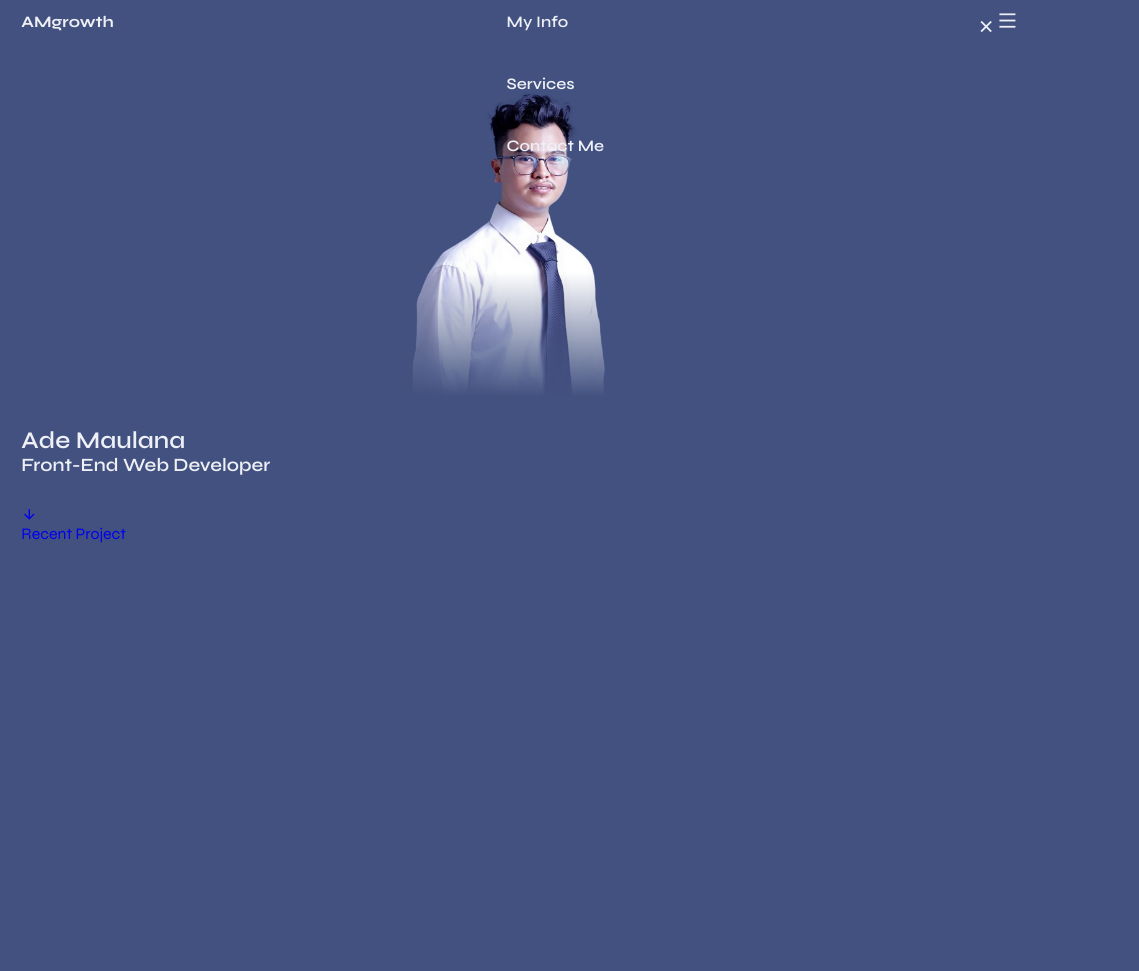
Repository: Ademaulana100499/portofolio
Page: index.html
An editor plug-in stored every save of this project. The page is shown before and after the next save, followed by the edit.
The browser window is 1280 px wide. The pictures show the whole page, at 89% of full size.
Some web fonts or font styles are not loaded; a fallback is used.

Above is the page before, as saved 2024-11-28 17:00:44.

### index.html
<!DOCTYPE html>
<html lang="en">
  <head>
    <meta charset="UTF-8" />
    <meta name="viewport" content="width=device-width, initial-scale=1.0" />
    <title>AMgrowth</title>
    <link rel="shortcut icon" href="assets/img/Favicon.png" />
    <link
      href="https://cdn.jsdelivr.net/npm/remixicon/fonts/remixicon.css"
      rel="stylesheet"
    />
    <link rel="stylesheet" href="assets/css/style.css" />
  </head>
  <body>
    <!-- HEADER -->
    <header class="header" id="header">
      <nav class="nav container">
        <a href="#" class="nav__logo">AMgrowth</a>
        <div class="nav__menu" id="nav-menu">
          <ul class="nav__list">
            <li>
              <a href="#home" class="nav__link">Home</a>
            </li>
            <li>
              <a href="#project" class="nav__link">Project</a>
            </li>
            <li>
              <a href="#info" class="nav__link">My Info</a>
            </li>
            <li>
              <a href="#services" class="nav__link">Services</a>
            </li>
            <li>
              <a href="#contact" class="nav__link">Contact Me</a>
            </li>
          </ul>
          <!-- Close Button -->
          <div class="nav__close" id="nav-close">
            <i class="ri-close-line"></i>
          </div>
        </div>

        <!-- Toggle Button -->
        <div class="nav__toggle" id="nav-toggle">
          <i class="ri-menu-line"></i>
        </div>
      </nav>
    </header>

    <!-- MAIN -->
    <main class="main" id="main">
      <!-- HOME -->
      <section class="home section" id="home">
        <div class="home__container container grid">
          <img src="assets/img/Photo.png" alt="image" class="home__img" />
          <div class="home__data">
            <h1>Ade Maulana</h1>
            <h3>Front-End Web Developer</h3>
          </div>
          <a href="#project" class="home__scroll">
            <div class="home__scroll-box">
              <i class="ri-arrow-down-line"></i>
            </div>
            <span class="home__scroll-text">Recent Project</span>
          </a>
        </div>
      </section>
      <!-- PROJECT -->
      <section class="project section" id="project"></section>
      <!-- INFO -->
      <section class="info section" id="info"></section>
      <!-- SERVICES -->
      <section class="services section" id="services"></section>
      <!-- CONTACT -->
      <section class="contact section" id="contact"></section>
    </main>

    <!-- FOOTER -->
    <footer class="footer" id="footer"></footer>
    <!-- SCROLL UP -->
    <!-- SCROLLREVEAL -->
    <script src=""></script>
    <!-- EMAIL JS -->
    <script src=""></script>
    <!-- MAIN JS -->
    <script src="assets/js/main.js"></script>
  </body>
</html>

### assets/css/style.css
@import url("https://fonts.googleapis.com/css2?family=Kite+One&family=Oooh+Baby&family=Orelega+One&family=Poppins:ital,wght@0,100;0,200;0,300;0,400;0,500;0,600;0,700;0,800;0,900;1,100;1,200;1,300;1,400;1,500;1,600;1,700;1,800;1,900&family=Syne:wght@400..800&display=swap");

/* VARIABLE CSS */
:root {
  --header-height: 3rem;

  /* Colors */
  --hue: 230;
  --first-color: hsl(var(--hue), 55%, 55%);
  --first-color-light: hsl(var(--hue), 55%, 65%);
  --first-color-alt: hsl(var(--hue), 50%, 50%);
  --title-color: hsl(var(--hue), 30%, 95%);
  --text-color: hsl(var(--hue), 20%, 80%);
  --text-color-light: hsl(var(--hue), 20%, 70%);
  --body-color: hsl(225, 32%, 38%);
  --container-color: hsl(var(--hue), 40%, 20%);

  /* Font and typography */
  --body-font: "Syne", sans-serif;
  --biggest-font-size: 3rem;
  --h1-font-size: 1.5rem;
  --h2-font-size: 1.25rem;
  --h3-font-size: 1rem;
  --normal-font-size: 0.938rem;
  --small-font-size: 0.813rem;

  /* Font weight */
  --font-regular: 400;
  --font-semi-bold: 600;
  --font-bold: 700;

  /* z index */
  --z-tooltip: 10;
  --z-fixed: 100;
}
/* Responsive typography */
@media screen and (min-width: 1150px) {
  :root {
    --biggest-font-size: 5.5rem;
    --big-font-size: 2.75rem;
    --h1-font-size: 2.25rem;
    --h2-font-size: 1.5rem;
    --h3-font-size: 1.25rem;
    --normal-font-size: 1.125rem;
    --small-font-size: 0.875rem;
  }
}

/* BASE */
* {
  margin: 0;
  padding: 0;
  box-sizing: border-box;
}

html {
  scroll-behavior: smooth;
}

body,
input,
textarea,
button {
  font-family: var(--body-font);
  font-size: var(--normal-font-size);
}

body {
  background-color: var(--body-color);
  color: var(--text-color);
}
input,
button,
textarea {
  outline: none;
  border: none;
}

h1,
h2,
h3 {
  color: var(--title-color);
  font-weight: var(--font-semi-bold);
}
p {
  line-height: 130%;
}

ul {
  list-style: none;
}

a {
  text-decoration: none;
}

img {
  display: block;
  max-width: 100%;
  height: auto;
}

/* REUSABLE CSS CLASSES */
.container {
  max-width: 1120px;
  margin-inline: 1.5rem;
}

.grid {
  display: grid;
  gap: 1.5rem;
}

.section {
  padding-block: 5rem 2rem;
}

.section__title {
  font-size: var(--h1-font-size);
  text-align: center;
  margin-bottom: 2rem;
  font-weight: var(--font-bold);
}
main {
  overflow: hidden;
}

/* HEADER & NAV */
.header {
  position: fixed;
  width: 100%;
  top: 0;
  left: 0;
  background-color: transparent;
  z-index: var(--z-fixed);
}
.nav {
  position: relative;
  height: var(--header-height);
  display: flex;
  justify-content: space-between;
  align-items: center;
}

.nav__logo {
  color: var(--title-color);
  font-weight: var(--font-bold);
}
.nav__toggle,
.nav__close {
  font-size: 1.5rem;
  cursor: pointer;
  color: var(--title-color);
}
/* Navigation for mobile */
@media screen and (max-width: 1150px) {
  .nav__menu {
    position: fixed;
    top: 0;
    right: -100%;
    background-color: hsla(var(--hue), 70%, 4%, 0.2);
    backdrop-filter: blur(16px);
    -webkit-backdrop-filter: blur(16px);
    width: 80%;
    height: 100%;
    padding: 7rem 3rem;
    transition: right 0.4s;
  }
}
.nav__list {
  display: flex;
  flex-direction: column;
  row-gap: 3rem;
}
.nav__link {
  position: relative;
  color: var(--title-color);
  font-weight: var(--font-semi-bold);
  transition: color 0.4s;
}
.nav__link::after {
  content: "";
  width: 0;
  height: 2px;
  background-color: var(--first-color-light);
  position: absolute;
  left: 0;
  bottom: -0.5rem;
  transition: width 0.3s;
}
.nav__link:hover {
  color: var(--first-color-light);
}
.nav__link:hover::after {
  width: 30%;
}
.nav__close {
  position: absolute;
  top: 1rem;
  right: 1.5rem;
}

/* Show Menu */
.show-menu {
  right: 0;
}
/* Add blur to header */
/* Active link */

/* HOME */
.home__container {
  row-gap: 2rem;
  padding-top: 1rem;
}

.home__img {
  width: 350px;
  justify-self: center;
  mask-image: linear-gradient(
    to bottom,
    hsla(var(--hue), 40%, 16%) 60%,
    transparent 100%
  );
}
.home__name {
  font-size: var(--biggest-font-size);
}

### assets/js/main.js
const navMenu = document.getElementById("nav-menu"),
  navToggle = document.getElementById("nav-toggle"),
  navClose = document.getElementById("nav-close");

if (navToggle) {
  navToggle.addEventListener("click", () => {
    navMenu.classList.add("show-menu");
  });
}

if (navClose) {
  navClose.addEventListener("click", () => {
    navMenu.classList.remove("show-menu");
  });
}

const navLink = document.querySelectorAll(".nav__link");
const linkAction = () => {
  const navMenu = document.getElementById("nav-menu");
  navMenu.classList.remove("show-menu");
};
navLink.forEach((n) => n.addEventListener("click", linkAction));

After the next save:
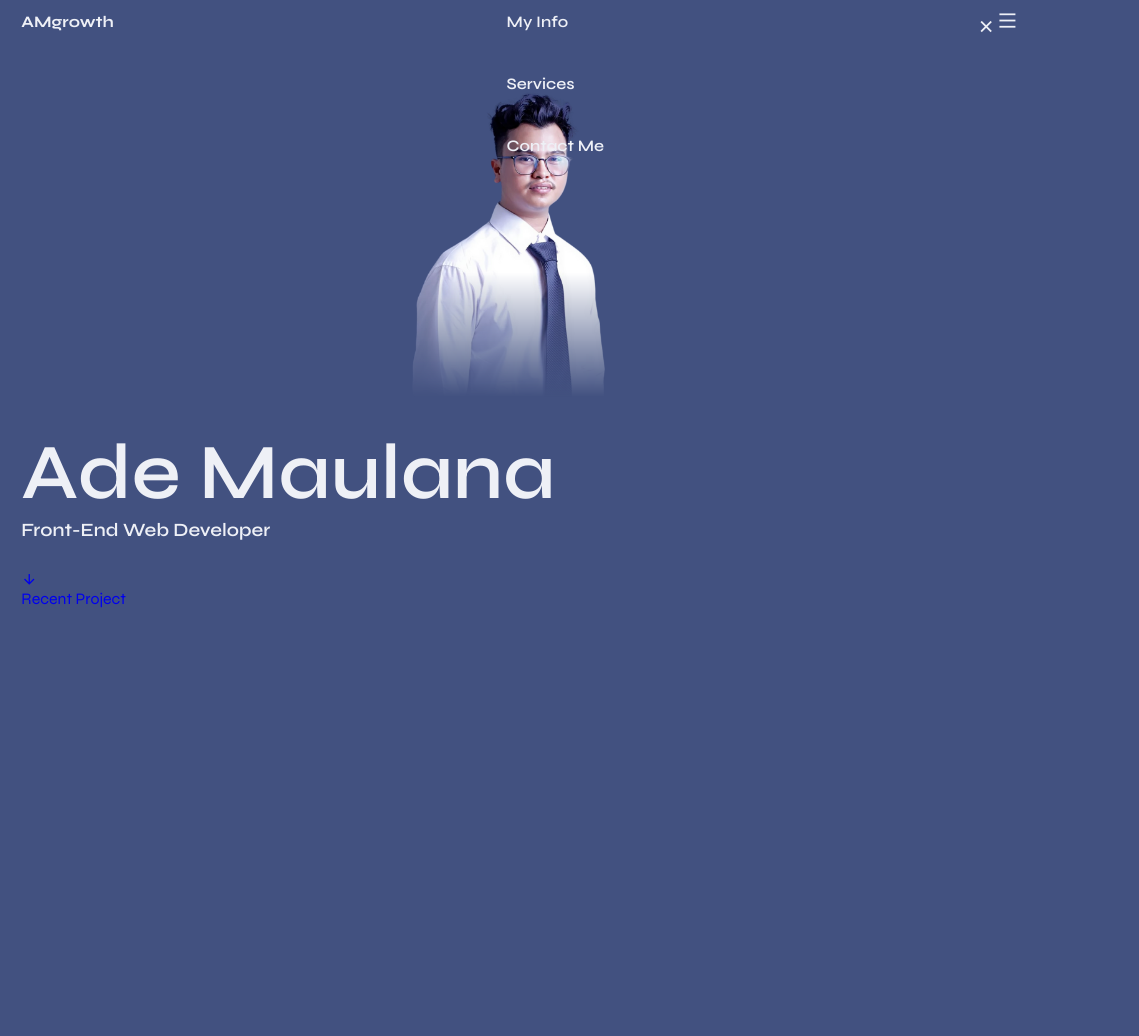
Saved 92 s later.
--- a/index.html
+++ b/index.html
@@ -54,7 +54,7 @@
         <div class="home__container container grid">
           <img src="assets/img/Photo.png" alt="image" class="home__img" />
           <div class="home__data">
-            <h1>Ade Maulana</h1>
+            <h1 class="home__name">Ade Maulana</h1>
             <h3>Front-End Web Developer</h3>
           </div>
           <a href="#project" class="home__scroll">
